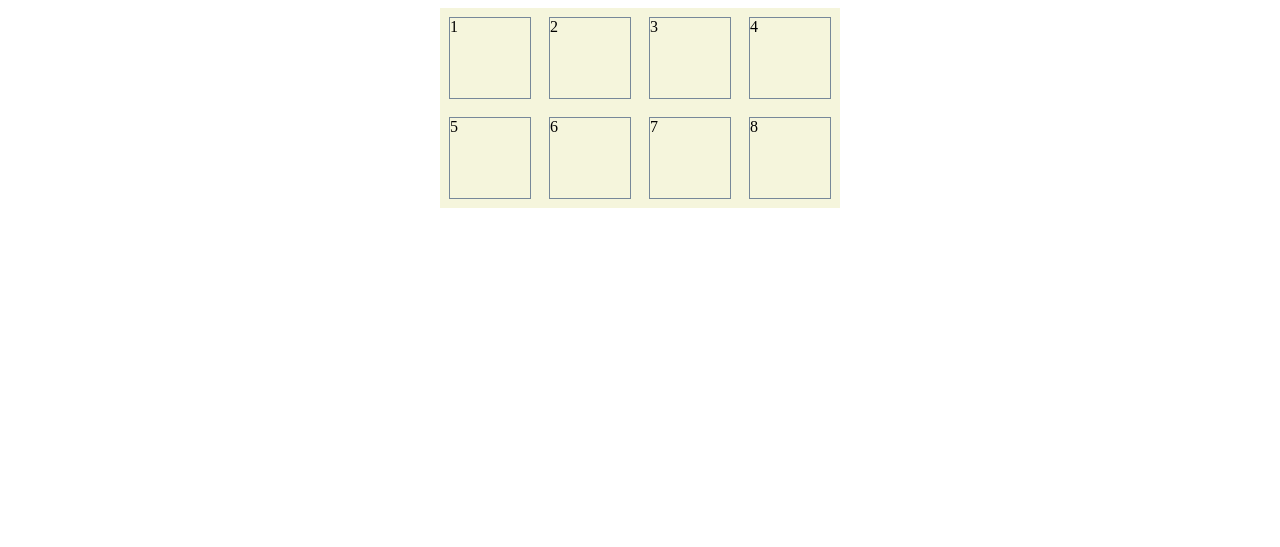
Repository: tfdonna/fontend
Page: js第一阶段/jquery/WebContent/拖放小方块.html
These files come from the project's save history. The page is drawn as it stood at one moment and after the next save; the edit follows.
The browser window is 1280 px wide. The pictures show the whole page.

Above is the page before, as saved 2021-09-07 10:56:44.

### js第一阶段/jquery/WebContent/拖放小方块.html
<!DOCTYPE html>
<html>
<head>
<meta charset="UTF-8">
<title>Insert title here</title>
<style type="text/css">
        #big{
            margin: 0 auto;
            width: 400px;
            height: 200px;
            background-color: beige;
            display: flex;
            justify-content: space-around;
            flex-wrap: wrap;
            align-content: space-around;

        }
        .lit{
            border: 1px solid #789;
            width: 80px;
            height: 80px;

        }

</style>
</head>
<body>
    <div id="big">
        <div class="lit" draggable="true">1</div>
        <div class="lit" draggable="true">2</div>
        <div class="lit" draggable="true">3</div>
        <div class="lit" draggable="true">4</div>
        <div class="lit" draggable="true">5</div>
        <div class="lit" draggable="true">6</div>
        <div class="lit" draggable="true">7</div>
        <div class="lit" draggable="true">8</div>
    </div>

    <script type="text/javascript">
  //获取小方块
    var lit = document.getElementsByClassName("lit");
    var con = null;
    for(let i=0; i<lit.length; i++){
        //拖动时，用con保存lit
        lit[i].ondragstart = function(){
            con = this;
        }
        lit[i].ondragover = function(){
            event.preventDefault();
        }

        //拖动结束时，在当前位置下 进行drop事件
        var big = document.getElementById("big")
        lit[i].ondrop = function(){
            if(con != null && con!=this){
                var abc = document.createElement("div");
                big.replaceChild(abc,this);
                big.replaceChild(this,con);
                big.replaceChild(con,abc)
            }
        }

    }

    </script>
</body>
</html>

After the next save:
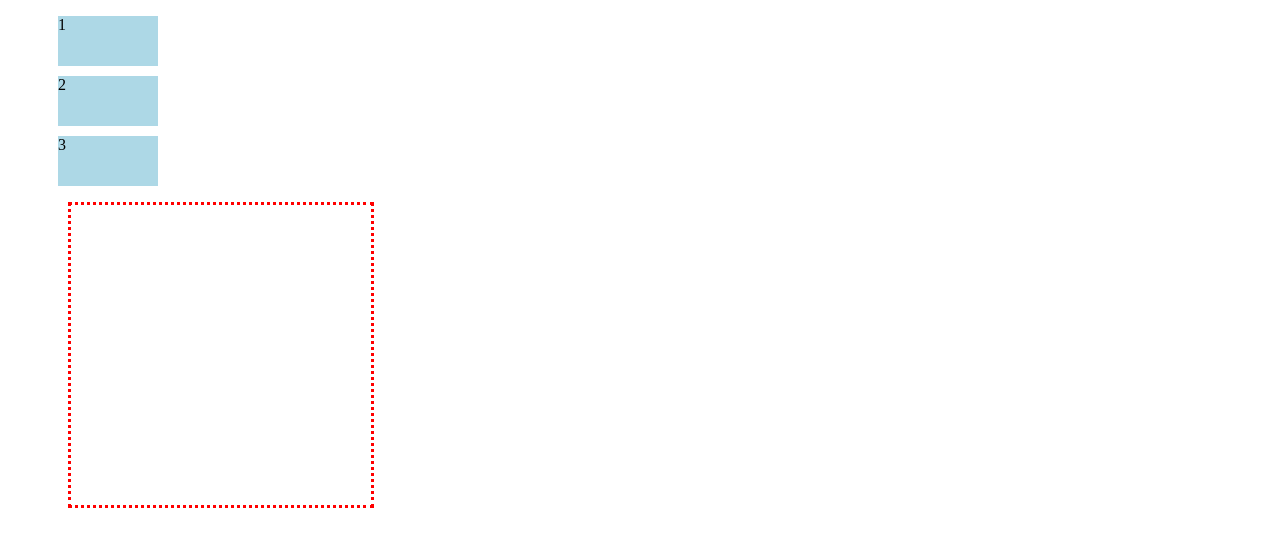
Saved 50 s later.
--- a/js第一阶段/jquery/WebContent/拖放小方块.html
+++ b/js第一阶段/jquery/WebContent/拖放小方块.html
@@ -1,67 +1,87 @@
 <!DOCTYPE html>
-<html>
+<html lang="en">
+
 <head>
-<meta charset="UTF-8">
-<title>Insert title here</title>
-<style type="text/css">
-        #big{
-            margin: 0 auto;
-            width: 400px;
-            height: 200px;
-            background-color: beige;
-            display: flex;
-            justify-content: space-around;
-            flex-wrap: wrap;
-            align-content: space-around;
-
-        }
-        .lit{
-            border: 1px solid #789;
-            width: 80px;
-            height: 80px;
-
+    <meta charset="UTF-8">
+    <meta http-equiv="X-UA-Compatible" content="IE=edge">
+    <meta name="viewport" content="width=device-width, initial-scale=1.0">
+    <title>Document</title>
+    <style>
+        ul,
+        li {
+            list-style: none;
         }
 
-</style>
-</head>
-<body>
-    <div id="big">
-        <div class="lit" draggable="true">1</div>
-        <div class="lit" draggable="true">2</div>
-        <div class="lit" draggable="true">3</div>
-        <div class="lit" draggable="true">4</div>
-        <div class="lit" draggable="true">5</div>
-        <div class="lit" draggable="true">6</div>
-        <div class="lit" draggable="true">7</div>
-        <div class="lit" draggable="true">8</div>
-    </div>
-
-    <script type="text/javascript">
-  //获取小方块
-    var lit = document.getElementsByClassName("lit");
-    var con = null;
-    for(let i=0; i<lit.length; i++){
-        //拖动时，用con保存lit
-        lit[i].ondragstart = function(){
-            con = this;
-        }
-        lit[i].ondragover = function(){
-            event.preventDefault();
+        li {
+            width: 100px;
+            height: 50px;
+            background: lightblue;
+            margin: 10px;
         }
 
-        //拖动结束时，在当前位置下 进行drop事件
-        var big = document.getElementById("big")
-        lit[i].ondrop = function(){
-            if(con != null && con!=this){
-                var abc = document.createElement("div");
-                big.replaceChild(abc,this);
-                big.replaceChild(this,con);
-                big.replaceChild(con,abc)
+        .box {
+            width: 300px;
+            height: 300px;
+            border: 3px dotted red;
+            margin-left: 60px;
+        }
+    </style>
+</head>
+
+<body>
+    <ul>
+        <!-- draggable="true"  设置dom节点可以拖动 -->
+        <li draggable="true">1</li>
+        <li draggable="true">2</li>
+        <li draggable="true">3</li>
+    </ul>
+
+    <div class="box"></div>
+    <script>
+        window.onload = function () {
+            //获取dom节点
+            var oUl = document.querySelector('ul');
+            var aLi = oUl.querySelectorAll('li');
+            var oBox = document.querySelector('.box');
+
+            //拖拽元素
+            for (var i = 0; i < aLi.length; i++) {
+                //1.开始拖拽
+                aLi[i].ondragstart = function (ev) {
+                    this.style.background = 'pink';
+                    //拖拽时传递参数
+                    ev.dataTransfer.setData('text', this.innerHTML);
+                }
+              //拖拽中
+                aLi[i].ondrag = function () {
+                    this.remove();
+                }
+            }
+
+            //进入拖拽的目的地
+            oBox.ondragenter = function () {
+                this.style.background = "orange";
+            }
+            //想要 drop事件触发，必须在dragover 阻止默认事件
+            oBox.ondragover = function (ev) {
+                ev.preventDefault();
+            }
+            //默认 即使在 目的地的上面释放鼠标，也不会触发 drop；   ***
+            oBox.ondrop = function (ev) {
+                console.log('在目的地上释放了鼠标');
+                console.log(ev.dataTransfer.getData('text'));
+                var oLi = document.createElement('li');
+                //ev.dataTransfer.getData 获取拖拽的参数
+                oLi.innerHTML = ev.dataTransfer.getData('text');
+                oBox.appendChild(oLi);
+            }
+            //从目的地离开
+            oBox.ondragleave = function () {
+                this.style.background = 'blue';
             }
         }
-
-    }
-
+        //拖拽顺序：   dragstart   drag  dragenter  dragover  dragleave  dragend
     </script>
 </body>
+
 </html>
